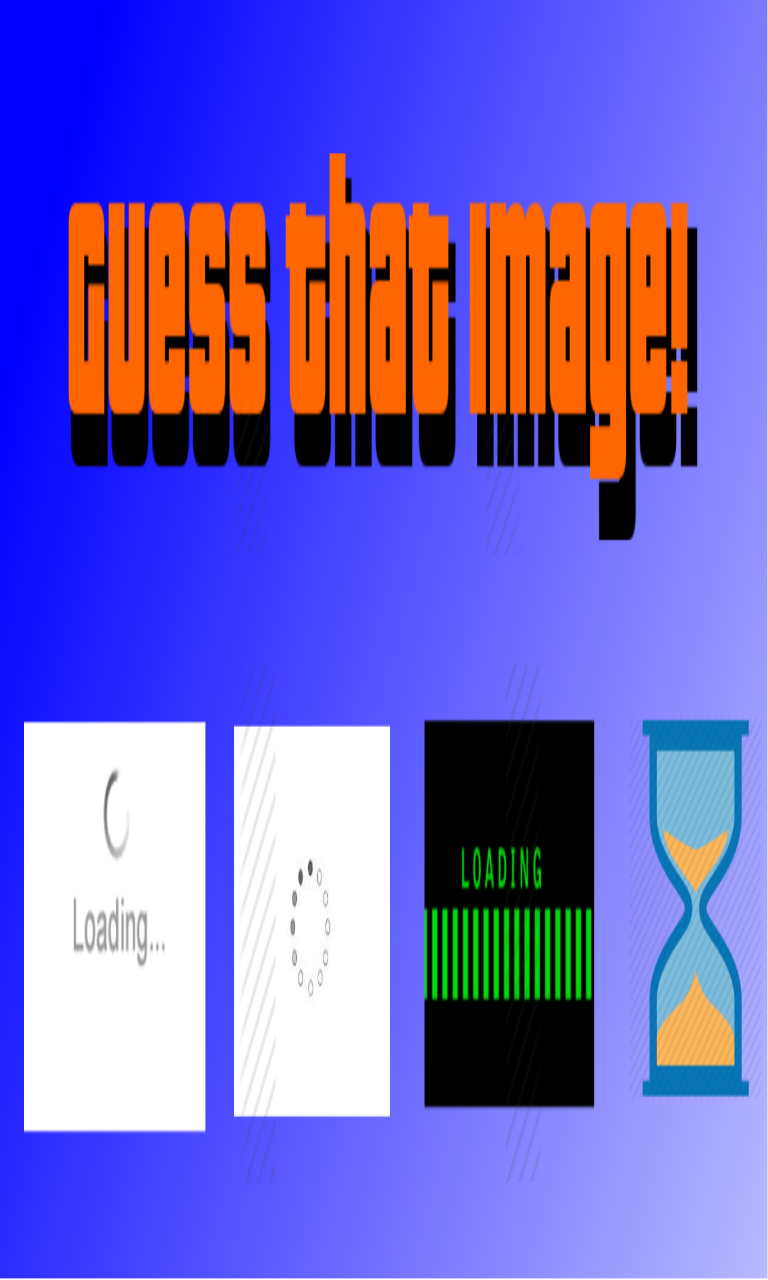
Repository: bdagostino/cse5236FinalProject
Layout: GuessThatImage/res/layout/activity_splash_screen.xml
These files come from the project's save history. The layout is drawn as it stood at one moment and after the next save; the edit follows.
It is drawn on a 768 x 1280 px phone screen (xhdpi) without system bars, with theme AppTheme; the app's code is not run.

Above is the layout before, as saved 2014-07-03 21:24:17.

After the next save:
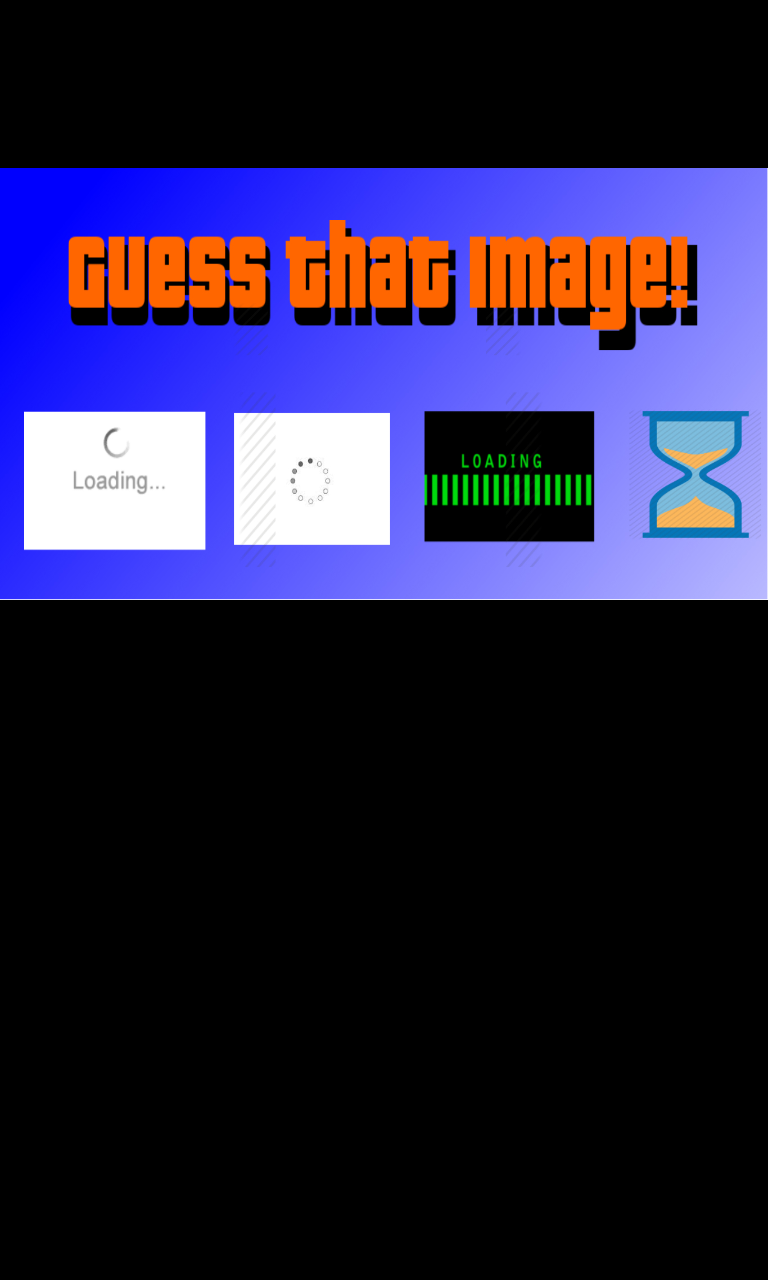
Saved 68 s later.
--- a/GuessThatImage/res/layout/activity_splash_screen.xml
+++ b/GuessThatImage/res/layout/activity_splash_screen.xml
@@ -3,9 +3,17 @@
     android:id="@+id/container"
     android:layout_width="match_parent"
     android:layout_height="match_parent"
-    android:background="@drawable/splash"
+    android:background="@android:color/black"
     android:gravity="fill"
     tools:context="edu.osu.guessthatimage.SplashScreen"
     tools:ignore="MergeRootFrame" >
 
+    <ImageView
+        android:id="@+id/imageView1"
+        android:layout_width="wrap_content"
+        android:layout_height="wrap_content"
+        android:layout_centerHorizontal="true"
+        android:layout_centerVertical="true"
+        android:src="@drawable/splash" />
+
 </RelativeLayout>
